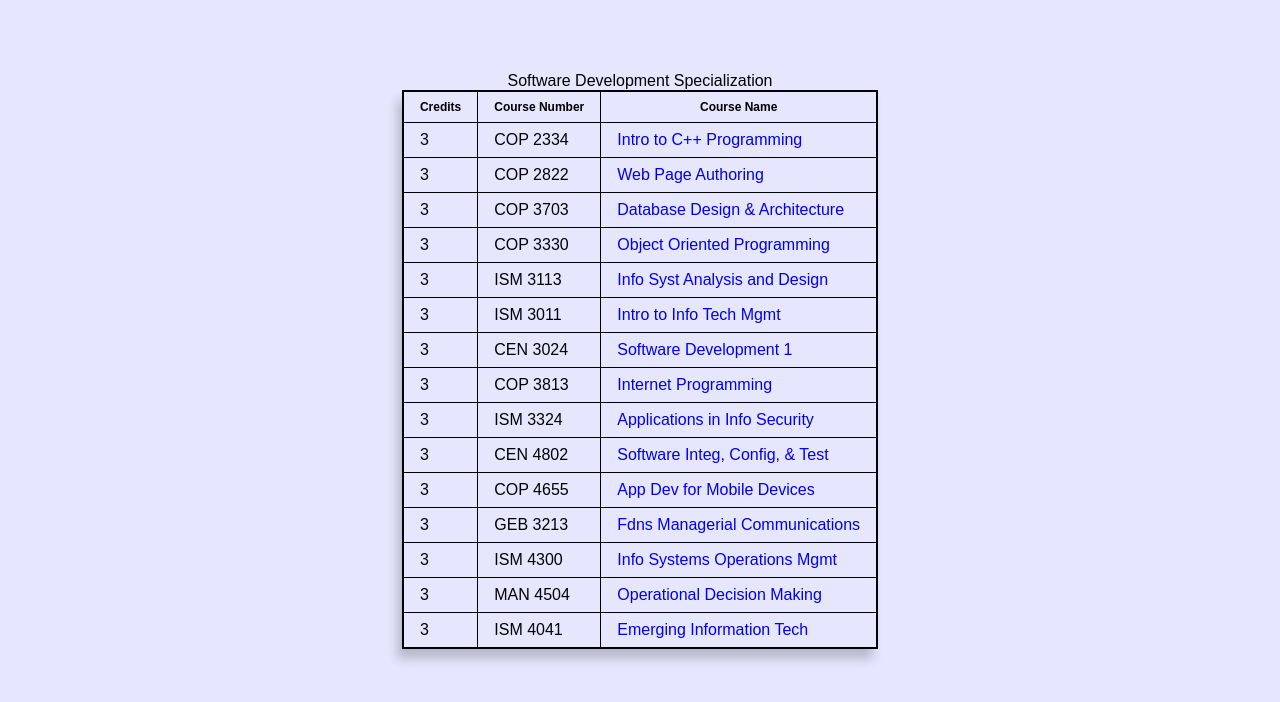
Repository: mlmEFSC21/P3-DegreeSpecializationTable
Page: index.html
The author's editor kept a copy of each file at every save. The page is drawn from the files as they stood at one save, then again after the next save.
The browser window is 1280 px wide. The pictures show the whole page.
Some web fonts or font styles are not loaded; a fallback is used.

Above is the page before, as saved 2022-02-01 21:21:04.

### index.html
<!DOCTYPE html>
<html lang="en">
    <head>
        <meta charset="UTF-8" />
        <meta http-equiv="X-UA-Compatible" content="IE=edge" />
        <meta name="viewport" content="width=device-width, initial-scale=1.0" />
        <link rel="stylesheet" href="tableStyles.css" />
        <title>Degree Specialization Table</title>
    </head>
    <body>
        <table>
            <caption class="tableTitle">
                Software Development Specialization
            </caption>
            <thead>
                <tr class="colTitles">
                    <th>Credits</th>
                    <th>Course Number</th>
                    <th>Course Name</th>
                </tr>
            </thead>
            <tbody>
                <tr>
                    <td>3</td>
                    <td>COP 2334</td>
                    <td>
                        <a
                            href="https://bannerweb.easternflorida.edu/prod/bwckctlg.p_disp_course_detail?cat_term_in=202210&subj_code_in=COP&crse_numb_in=1000"
                            >Intro to C++ Programming</a
                        >
                    </td>
                </tr>
                <tr>
                    <td>3</td>
                    <td>COP 2822</td>
                    <td>
                        <a
                            href="https://bannerweb.easternflorida.edu/prod/bwckctlg.p_disp_course_detail?cat_term_in=202210&subj_code_in=COP&crse_numb_in=2822"
                            >Web Page Authoring</a
                        >
                    </td>
                </tr>
                <tr>
                    <td>3</td>
                    <td>COP 3703</td>
                    <td>
                        <a
                            href="https://bannerweb.easternflorida.edu/prod/bwckctlg.p_disp_course_detail?cat_term_in=202210&subj_code_in=COP&crse_numb_in=3703"
                            >Database Design & Architecture</a
                        >
                    </td>
                </tr>
                <tr>
                    <td>3</td>
                    <td>COP 3330</td>
                    <td>
                        <a
                            href="https://bannerweb.easternflorida.edu/prod/bwckctlg.p_disp_course_detail?cat_term_in=202210&subj_code_in=COP&crse_numb_in=3330"
                            >Object Oriented Programming</a
                        >
                    </td>
                </tr>
                <tr>
                    <td>3</td>
                    <td>ISM 3113</td>
                    <td>
                        <a
                            href="https://bannerweb.easternflorida.edu/prod/bwckctlg.p_disp_course_detail?cat_term_in=202210&subj_code_in=ISM&crse_numb_in=3113"
                            >Info Syst Analysis and Design</a
                        >
                    </td>
                </tr>
                <tr>
                    <td>3</td>
                    <td>ISM 3011</td>
                    <td>
                        <a
                            href="https://bannerweb.easternflorida.edu/prod/bwckctlg.p_disp_course_detail?cat_term_in=202210&subj_code_in=ISM&crse_numb_in=3011"
                            >Intro to Info Tech Mgmt</a
                        >
                    </td>
                </tr>
                <tr>
                    <td>3</td>
                    <td>CEN 3024</td>
                    <td>
                        <a
                            href="https://bannerweb.easternflorida.edu/prod/bwckctlg.p_disp_course_detail?cat_term_in=202210&subj_code_in=CEN&crse_numb_in=3024"
                            >Software Development 1</a
                        >
                    </td>
                </tr>
                <tr>
                    <td>3</td>
                    <td>COP 3813</td>
                    <td>
                        <a
                            href="https://bannerweb.easternflorida.edu/prod/bwckctlg.p_disp_course_detail?cat_term_in=202210&subj_code_in=COP&crse_numb_in=3813"
                            >Internet Programming</a
                        >
                    </td>
                </tr>
                <tr>
                    <td>3</td>
                    <td>ISM 3324</td>
                    <td>
                        <a
                            href="https://bannerweb.easternflorida.edu/prod/bwckctlg.p_disp_course_detail?cat_term_in=202210&subj_code_in=ISM&crse_numb_in=3324"
                            >Applications in Info Security</a
                        >
                    </td>
                </tr>
                <tr>
                    <td>3</td>
                    <td>CEN 4802</td>
                    <td>
                        <a
                            href="https://bannerweb.easternflorida.edu/prod/bwckctlg.p_disp_course_detail?cat_term_in=202210&subj_code_in=CEN&crse_numb_in=4802"
                            >Software Integ, Config, & Test</a
                        >
                    </td>
                </tr>
                <tr>
                    <td>3</td>
                    <td>COP 4655</td>
                    <td>
                        <a
                            href="https://bannerweb.easternflorida.edu/prod/bwckctlg.p_disp_course_detail?cat_term_in=202210&subj_code_in=COP&crse_numb_in=4655"
                            >App Dev for Mobile Devices</a
                        >
                    </td>
                </tr>
                <tr>
                    <td>3</td>
                    <td>GEB 3213</td>
                    <td>
                        <a
                            href="https://bannerweb.easternflorida.edu/prod/bwckctlg.p_disp_course_detail?cat_term_in=202210&subj_code_in=GEB&crse_numb_in=3213"
                            >Fdns Managerial Communications</a
                        >
                    </td>
                </tr>
                <tr>
                    <td>3</td>
                    <td>ISM 4300</td>
                    <td>
                        <a
                            href="https://bannerweb.easternflorida.edu/prod/bwckctlg.p_disp_course_detail?cat_term_in=202210&subj_code_in=ISM&crse_numb_in=4300"
                            >Info Systems Operations Mgmt</a
                        >
                    </td>
                </tr>
                <tr>
                    <td>3</td>
                    <td>MAN 4504</td>
                    <td>
                        <a
                            href="https://bannerweb.easternflorida.edu/prod/bwckctlg.p_disp_course_detail?cat_term_in=202210&subj_code_in=MAN&crse_numb_in=4504"
                            >Operational Decision Making</a
                        >
                    </td>
                </tr>
                <tr>
                    <td>3</td>
                    <td>ISM 4041</td>
                    <td>
                        <a
                            href="https://bannerweb.easternflorida.edu/prod/bwckctlg.p_disp_course_detail?cat_term_in=202210&subj_code_in=ISM&crse_numb_in=4041"
                            >Emerging Information Tech</a
                        >
                    </td>
                </tr>
            </tbody>
        </table>
    </body>
</html>

### tableStyles.css
@import url("https://fonts.googleapis.com/css2?family=Spectral:wght@400&display=swap");

:root {
    --clr-prime: #003c5e;
    --clr-second: #1a2028;
    --clr-accent: #8fb500;
    --clr-font-prime: #5b8ead;
    --clr-font-second: black;
    --clr-background: #e6e6ff;
}
*,
*::before,
*::after {
    margin: 0;
    padding: 0;
    box-sizing: border-box;
}
body {
    font-family: Spectral, sans-serif;
    height: 100vh;
    display: grid;
    align-items: center;
    justify-content: center;
    background-color: var(--clr-background);
}
table {
    border-collapse: collapse;
    box-shadow: -5px 10px 10px rgba(0, 0, 0, 0.2);
    border: 2px solid black;
    padding: 0.25rem;
}
thead {
    font-size: 0.75rem;
    font-weight: 900;
}
th {
    border: 1px solid black;
    padding: 0.5rem 1rem;
}
td {
    border: 1px solid black;
    padding: 0.5rem 1rem;
    align-items: center;
    justify-content: center;
}
a {
    text-decoration: none;
}

After the next save:
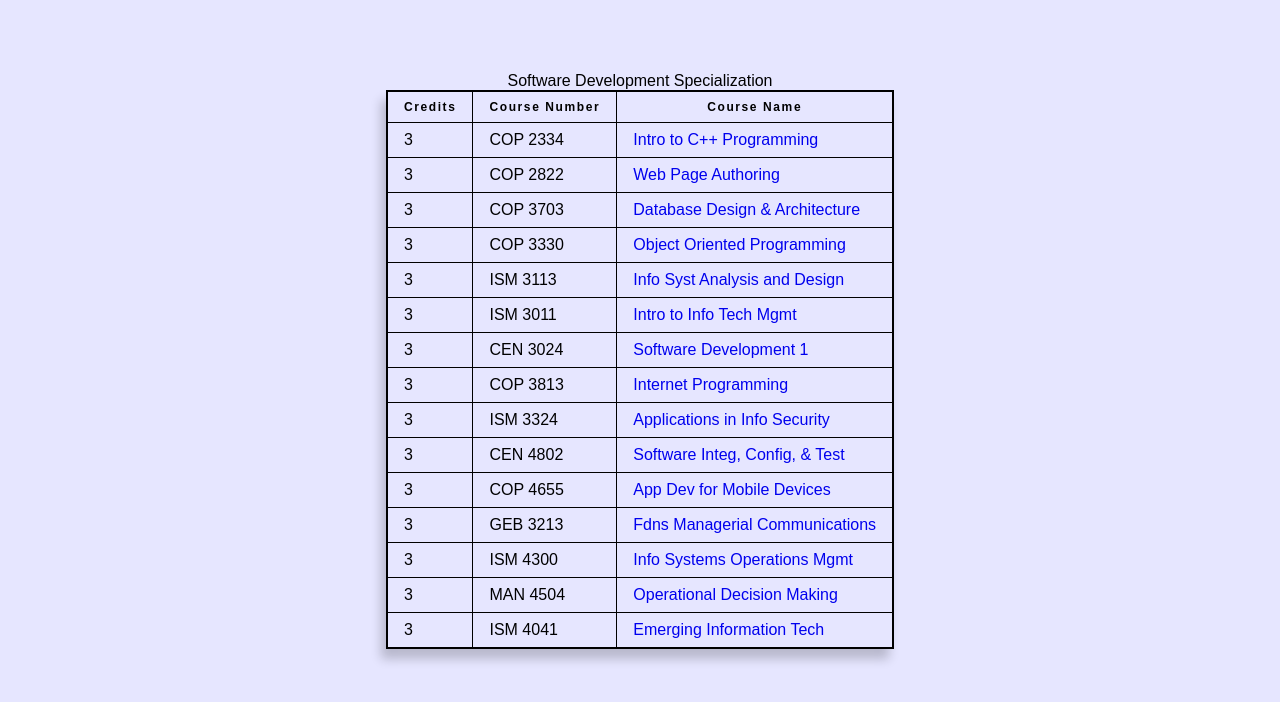
Saved 52 s later.
--- a/tableStyles.css
+++ b/tableStyles.css
@@ -30,6 +30,7 @@ table {
     padding: 0.25rem;
 }
 thead {
+    letter-spacing: 0.1rem;
     font-size: 0.75rem;
     font-weight: 900;
 }
